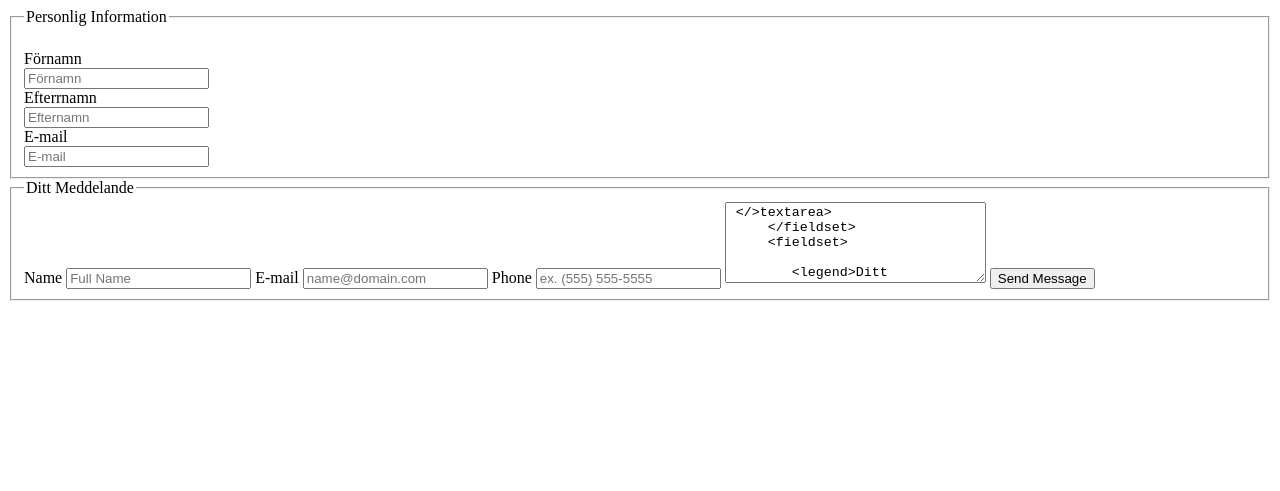
Repository: dn222em/1ik415-laborationer
Page: pages/Kontakt.html
The author's editor kept a record of every edit. The page is drawn from the files as they stood at one moment, then again after the next edit.
The browser window is 1280 px wide. The pictures show the whole page.

Above is the page before.

After the next edit:
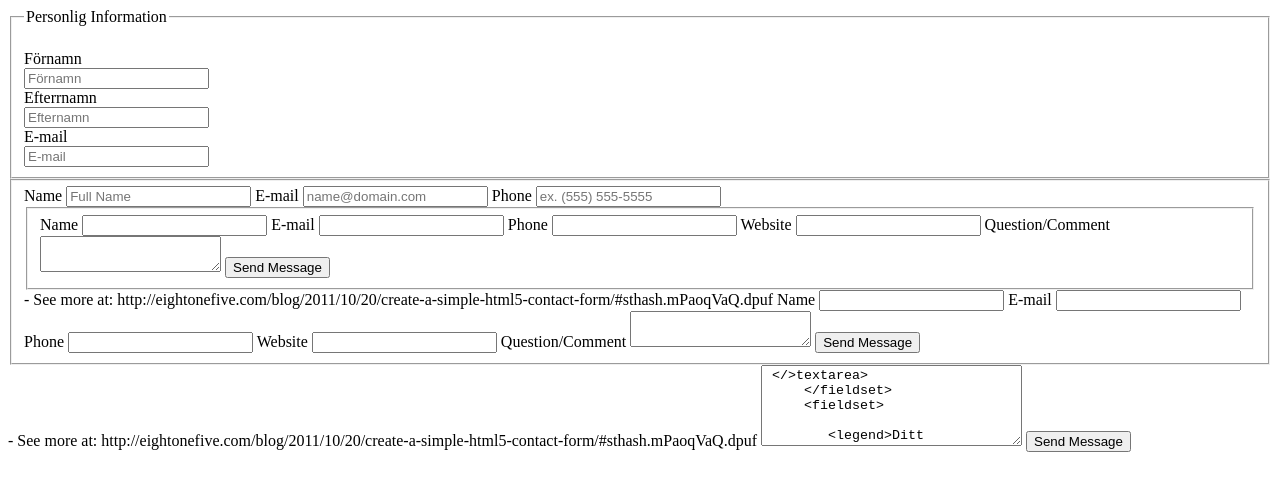
The edit:
--- a/pages/Kontakt.html
+++ b/pages/Kontakt.html
@@ -28,8 +28,48 @@
 <label for="phone">Phone</label>
 <input type="tel" name="phone" placeholder="ex. (555) 555-5555">
 
-        <legend>Ditt Meddelande</legend>
+        <fieldset>
 
+
+<label for="name">Name</label>
+<input type="text" name="name">
+
+<label for="email">E-mail</label>
+<input type="email" name="email">
+
+<label for="phone">Phone</label>
+<input type="text" name="phone">
+
+<label for="website">Website</label>
+<input type="url" name="url">
+
+<label for="message">Question/Comment</label>
+<textarea name="message"></textarea>
+
+<input type="submit" name="submit" id="submit" value="Send Message" />
+
+</fieldset>
+- See more at: http://eightonefive.com/blog/2011/10/20/create-a-simple-html5-contact-form/#sthash.mPaoqVaQ.dpuf
+
+<label for="name">Name</label>
+<input type="text" name="name">
+
+<label for="email">E-mail</label>
+<input type="email" name="email">
+
+<label for="phone">Phone</label>
+<input type="text" name="phone">
+
+<label for="website">Website</label>
+<input type="url" name="url">
+
+<label for="message">Question/Comment</label>
+<textarea name="message"></textarea>
+
+<input type="submit" name="submit" id="submit" value="Send Message" />
+
+</fieldset>
+- See more at: http://eightonefive.com/blog/2011/10/20/create-a-simple-html5-contact-form/#sthash.mPaoqVaQ.dpuf
         <textarea required rows="5" cols="30"
         skriv ditt meddelande> </>textarea>
      </fieldset>
